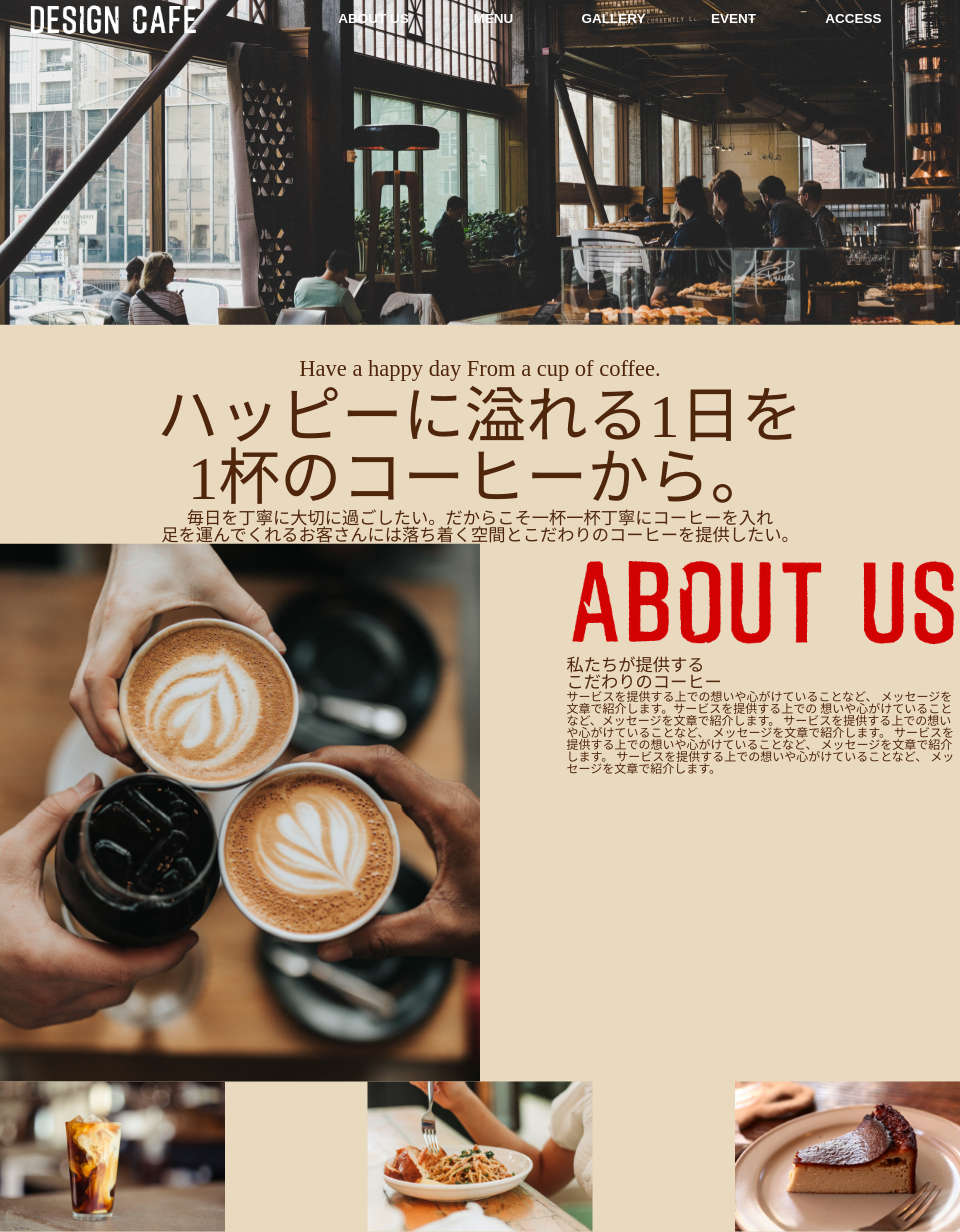
Repository: sonoyama01/dezasuta
Page: 第4回課題/index.html
The author's editor kept a copy of each file at every save. The page is drawn from the files as they stood at one save, then again after the next save.
The browser window is 1280 px wide. The pictures show the whole page, at 75% of full size.

Above is the page before, as saved 2024-05-02 03:25:33.

After the next save:
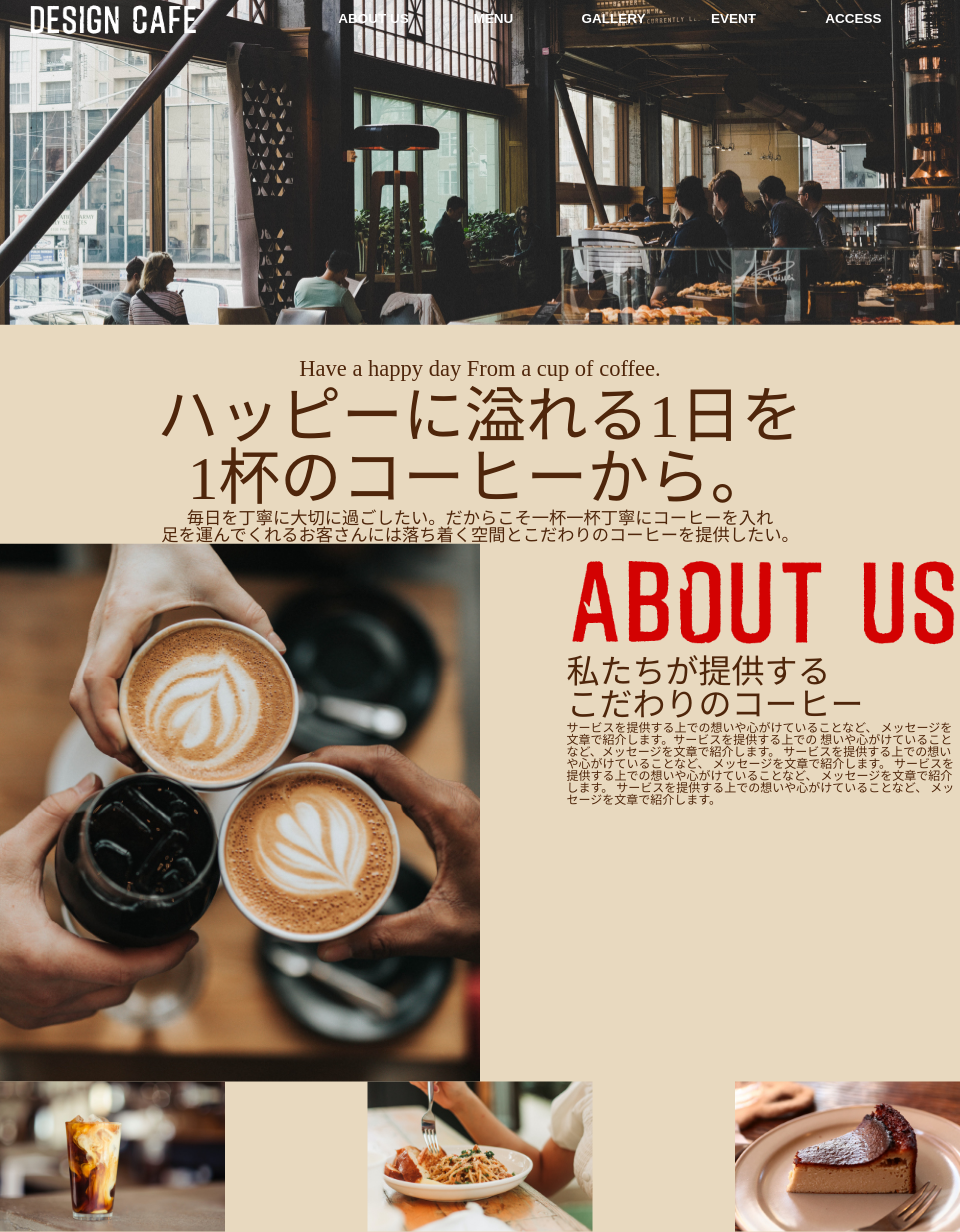
Saved 9 s later.
--- a/第4回課題/css/style.css
+++ b/第4回課題/css/style.css
@@ -111,7 +111,7 @@ body {
 .about_us_im {
   width: 50%;
 }
-h2 {
+.abouot_us_concept {
   font-size: 44px;
 }
 .about_us_text {
